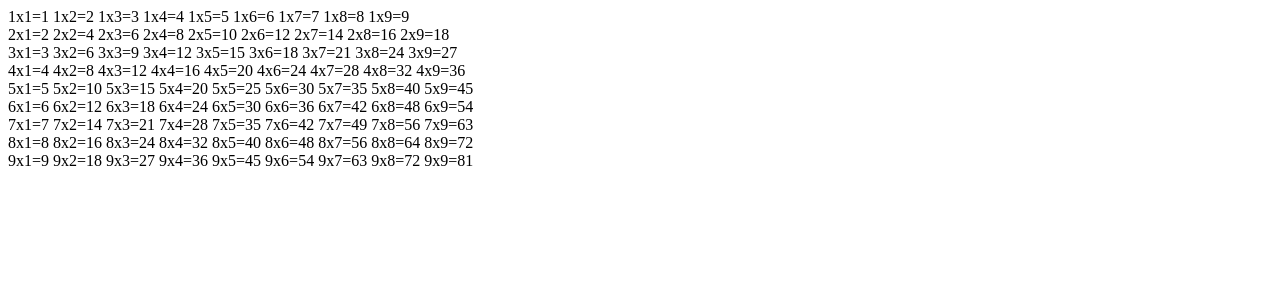
Repository: hii9505/DB_engineering_education
Page: http://localhost/web_study_03/gugu.jsp
The author's editor kept a copy of each file at every save. The page is drawn from the files as they stood at one save, then again after the next save.
The browser window is 1280 px wide. The pictures show the whole page.
The page is served by Tomcat 9.

Above is the page before, as saved 2021-05-21 02:30:16.

### eclipse-workspace/web_study_03/src/main/webapp/gugu.jsp
<%@ page language="java" contentType="text/html; charset=UTF-8"
    pageEncoding="UTF-8"%>
<!DOCTYPE html>
<html>
<head>
<meta charset="UTF-8">
<title>Insert title here</title>
</head>
<body>
<%

for(int i = 1 ; i < 10; i++){
	for( int j = 1 ; j < 10; j++){
		out.print(i + "x" + j + "=" + (i*j) + " ");
	}
	out.print("<br>");
}

%>


</body>
</html>

After the next save:
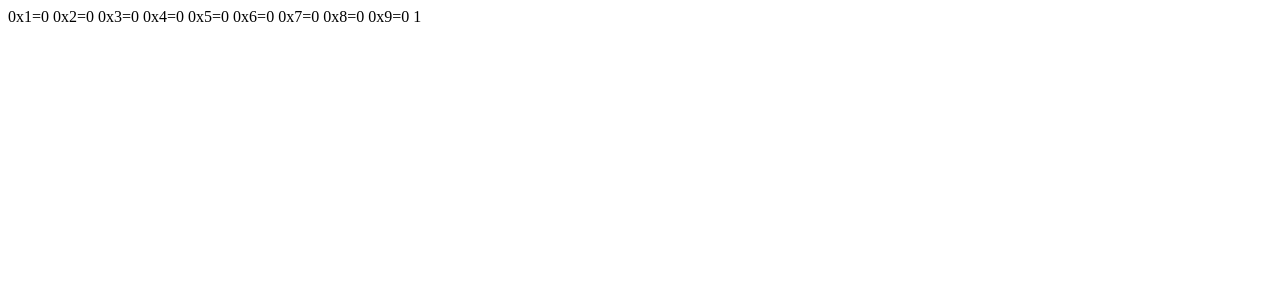
Saved 4 min 36 s later.
--- a/eclipse-workspace/web_study_03/src/main/webapp/gugu.jsp
+++ b/eclipse-workspace/web_study_03/src/main/webapp/gugu.jsp
@@ -1,5 +1,10 @@
 <%@ page language="java" contentType="text/html; charset=UTF-8"
     pageEncoding="UTF-8"%>
+
+<%!
+	int global_cnt = 0;
+	%>
+
 <!DOCTYPE html>
 <html>
 <head>
@@ -10,11 +15,9 @@
 <%
 
 for(int i = 1 ; i < 10; i++){
-	for( int j = 1 ; j < 10; j++){
-		out.print(i + "x" + j + "=" + (i*j) + " ");
-	}
-	out.print("<br>");
+		out.print(global_cnt + "x" + i + "=" + (global_cnt*i) + " ");
 }
+out.print(++global_cnt);
 
 %>
 
